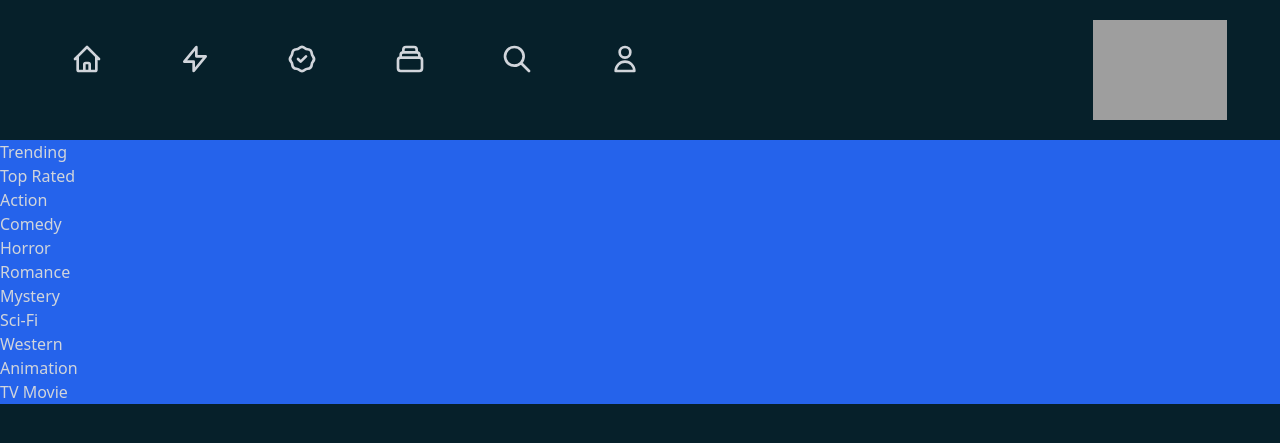
Repository: hsglc/hulu-clone
Page: /
An editor plug-in stored every save of this project. The page is shown before and after the next save, followed by the edit.
The browser window is 1280 px wide. The pictures show the whole page.
Pictures or frames that could not be fetched are drawn as grey boxes. The project was rebuilt for these pictures with package versions that can differ from the ones it lists, and the page was loaded fresh each time. The framework's server and built-in components were replaced by stand-ins that run in the browser. Also part of the build but not shown: next.config.js.

Above is the page before, as saved 2021-05-31 10:43:22.

### pages/index.js
import Head from "next/head";
import Header from "../components/Header";
import Nav from "../components/Nav";
export default function Home() {
  return (
    <div>
      <Head>
        <title>Hulu</title>
        <meta name="description" content="Nextjs Hulu app clone" />
        <link rel="icon" href="/hulu.ico" />
      </Head>

      <Header />
      <Nav />
    </div>
  );
}

### components/Header.js
import Image from "next/image";
import HeaderItem from "./HeaderItem";

import {
  HomeIcon,
  BadgeCheckIcon,
  CollectionIcon,
  LightningBoltIcon,
  SearchIcon,
  UserIcon,
} from "@heroicons/react/outline";

function Header() {
  return (
    <header className="flex flex-col sm:flex-row m-5 justify-between items-center h-auto" >
      <div className="flex flex-grow justify-evenly max-w-2xl ">
        <HeaderItem title="HOME" Icon={HomeIcon} />
        <HeaderItem title="TRENDING" Icon={LightningBoltIcon} />
        <HeaderItem title="VERIFIED" Icon={BadgeCheckIcon} />
        <HeaderItem title="COLLECTIONS" Icon={CollectionIcon} />
        <HeaderItem title="SEARCH" Icon={SearchIcon} />
        <HeaderItem title="ACCOUNT" Icon={UserIcon} />
      </div>
      <Image
        className="object-contain"
        src="https://links.papareact.com/ua6"
        width={200}
        height={100}
      />
    </header>
  );
}

export default Header;

### components/Nav.js
import requests from "../utils/requests";

function Nav() {
  return (
    <nav>
      <div>
        {Object.entries(requests).map(([key, { title, url }]) => (
          <h2 key={key} className="cursor-pointertransition duration-500 ease-in-out bg-blue-600 hover:bg-red-600 transform hover:-translate-y-1 hover:scale-110">{title}</h2>
        ))}
      </div>
    </nav>
  );
}

export default Nav;

### components/HeaderItem.js
function HeaderItem({ title, Icon }) {
  return (
    <div className="group flex flex-col cursor-pointer items-center w-12 sm:w-20 hover:text-white ">
      <Icon className="h-8 mb-1 mt-1.5 group-hover:animate-bounce" />
      <p className="opacity-0 group-hover:opacity-100  tracking-widest">
        {title}
      </p>
    </div>
  );
}

export default HeaderItem;

### utils/requests.js
const API_KEY = process.env.API_KEY;

export default {
  fetchTrending: {
    title: "Trending",
    url: `/trending/all/week?api_key=${API_KEY}&language=en-US`,
  },
  fetchTopRated: {
    title: "Top Rated",
    url: `/movie/top_rated/week?api_key=${API_KEY}&language=en-US`,
  },
  fetchActionMovies: {
    title: "Action",
    url: `/discover/movie/week?api_key=${API_KEY}&with_genres=28`,
  },
  fetchComedyMovies: {
    title: "Comedy",
    url: `/discover/movie/week?api_key=${API_KEY}&with_genres=35`,
  },
  fetchHorrorMovies: {
    title: "Horror",
    url: `/discover/movie/week?api_key=${API_KEY}&with_genres=27`,
  },
  fetchRomanceMovies: {
    title: "Romance",
    url: `/discover/movie/week?api_key=${API_KEY}&with_genres=10749`,
  },
  fetchMystery: {
    title: "Mystery",
    url: `/discover/movie/week?api_key=${API_KEY}&with_genres=9648`,
  },
  fetchSciFi: {
    title: "Sci-Fi",
    url: `/discover/movie/week?api_key=${API_KEY}&with_genres=878`,
  },
  fetchWestern: {
    title: "Western",
    url: `/discover/movie/week?api_key=${API_KEY}&with_genres=37`,
  },
  fetchAnimation: {
    title: "Animation",
    url: `/discover/movie/week?api_key=${API_KEY}&with_genres=16`,
  },
  fetchTV: {
    title: "TV Movie",
    url: `/discover/movie/week?api_key=${API_KEY}&with_genres=10770`,
  },
};

### tailwind.config.js
module.exports = {
  mode: "jit",
  purge: ["./pages/**/*.{js,ts,jsx,tsx}", "./components/**/*.{js,ts,jsx,tsx}"],
  darkMode: false, // or 'media' or 'class'
  theme: {
    extend: {},
  },
  variants: {
    extend: {
      transitionDuration: ["hover", "focus"],
      overflow: ["hover", "focus"],
    },
  },
  plugins: [require("tailwind-scrollbar-hide")],
};

Loaded but not shown: pages/_app.js (common file); styles/globals.css (common file)

After the next save:
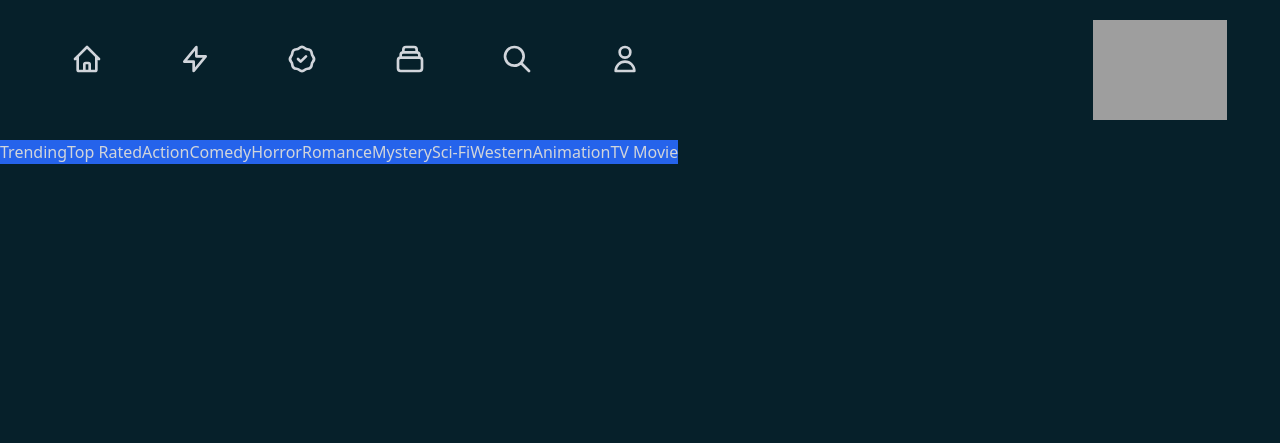
Saved 58 s later.
--- a/components/Nav.js
+++ b/components/Nav.js
@@ -5,7 +5,7 @@
     <nav>
       <div>
         {Object.entries(requests).map(([key, { title, url }]) => (
-          <h2 key={key} className="cursor-pointertransition duration-500 ease-in-out bg-blue-600 hover:bg-red-600 transform hover:-translate-y-1 hover:scale-110">{title}</h2>
+          <button key={key} className="cursor-pointertransition duration-500 ease-in-out bg-blue-600 hover:bg-red-600 transform hover:-translate-y-1 hover:scale-110">{title}</button>
         ))}
       </div>
     </nav>

After the save that followed:
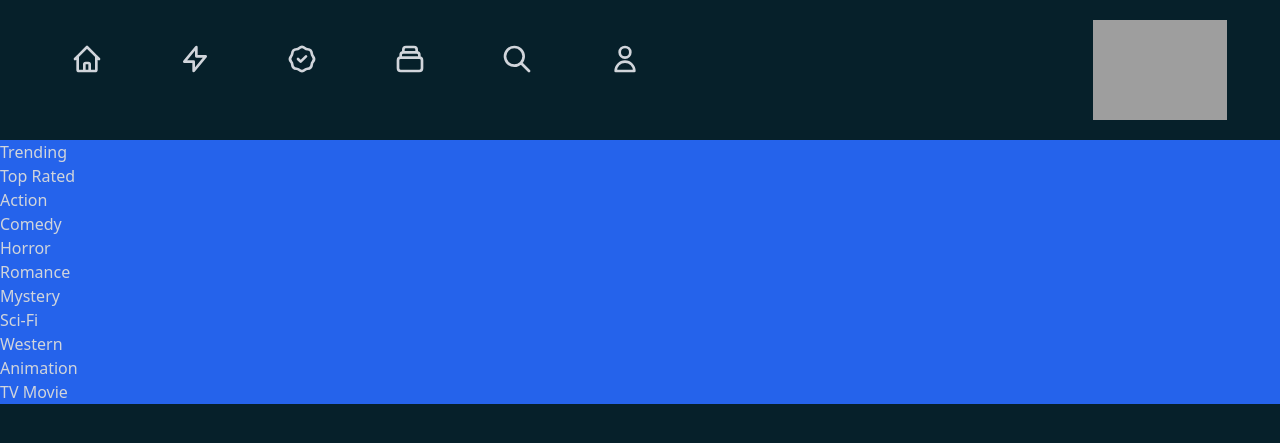
Saved 16 s later.
--- a/components/Nav.js
+++ b/components/Nav.js
@@ -5,7 +5,7 @@
     <nav>
       <div>
         {Object.entries(requests).map(([key, { title, url }]) => (
-          <button key={key} className="cursor-pointertransition duration-500 ease-in-out bg-blue-600 hover:bg-red-600 transform hover:-translate-y-1 hover:scale-110">{title}</button>
+          <h2 key={key} className="cursor-pointertransition duration-500 ease-in-out bg-blue-600 hover:bg-red-600 transform hover:-translate-y-1 hover:scale-110">{title}</h2>
         ))}
       </div>
     </nav>
